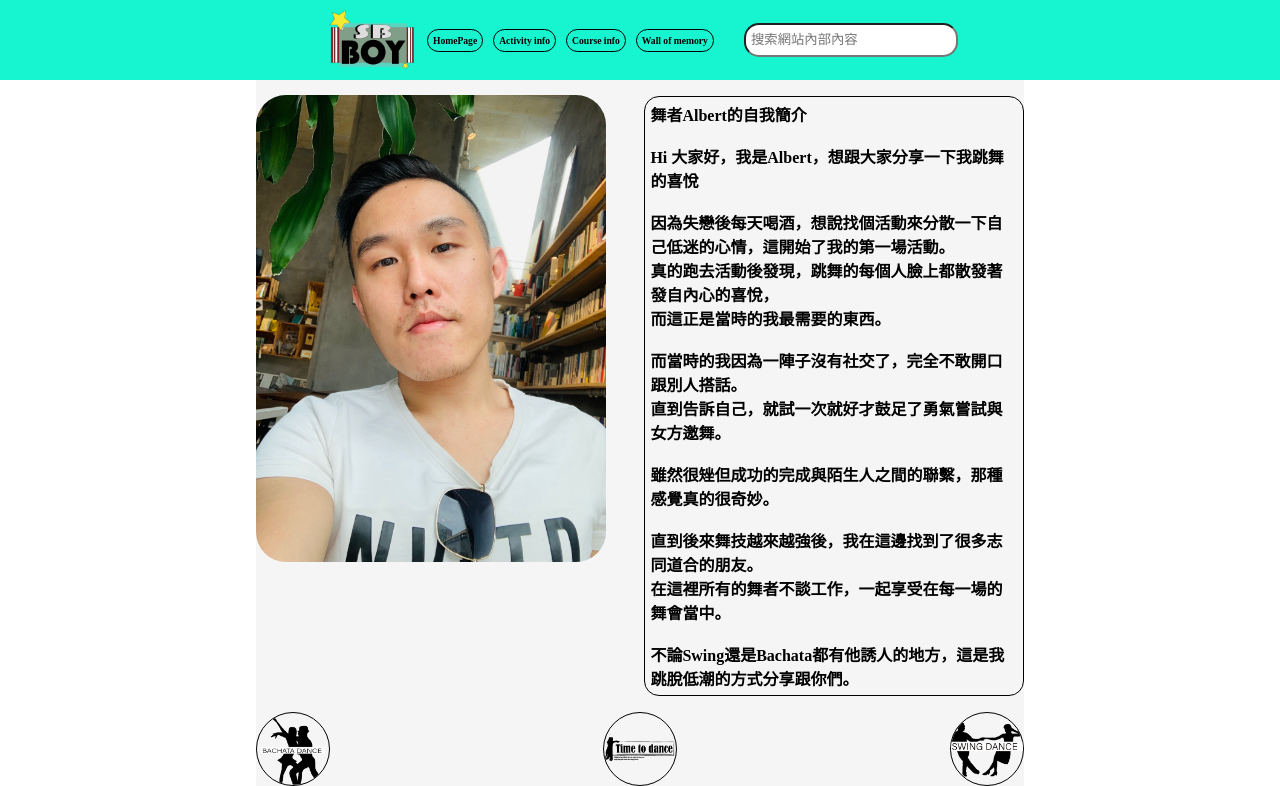
Repository: AlbertKoii/0718_Learning_Javascript
Page: aboutme/aboutme_try.html
An editor plug-in stored every save of this project. The page is shown before and after a run of saves, followed by the edit.
The browser window is 1280 px wide. The pictures show the whole page.

Above is the page before, as saved 2023-07-26 13:41:44.
Not found: aboutme/script.js

### aboutme/aboutme_try.html
<!DOCTYPE html>
<html lang="en">
<head>
    <meta charset="UTF-8">
    <meta name="viewport" content="width=device-width, initial-scale=1.0">
    <link rel="stylesheet" href="aboutme.try.css">
    <title>About me</title>
</head>
<body>
    <!-- 第一層 -->
    <div class="search-bar">
        <img class="logo" src="../img/logo.png" alt="圖片">
        <div class="links">
            <a class="link" href="../index.html">HomePage</a>
            <a class="link" href="./Activity info/ActivityInfo.html">Activity info</a>
            <a class="link" href="./CourseInfo/Courseinfo.html">Course info</a>
            <a class="link" href="./WallOfMemory.html/WallOfMemory.html">Wall of memory</a>
        </div>
        <div class="search">
            <input type="text" placeholder="搜索網站內部內容">
        </div>
    </div>

    <!-- 第二層 -->
    <div class="content">
        <div class="left">
            <img src="../img/Myhead.jpg" alt="個人照片">
        </div>
        <div class="right">
            <p style="font-size: 16px"><b>舞者Albert的自我簡介</b><b>
            <br><br>
            Hi 大家好，我是Albert，想跟大家分享一下我跳舞的喜悅<br>
            <br>
            因為失戀後每天喝酒，想說找個活動來分散一下自己低迷的心情，這開始了我的第一場活動。<br>
            真的跑去活動後發現，跳舞的每個人臉上都散發著發自內心的喜悅，<br>
            而這正是當時的我最需要的東西。<br>
            <br>
            而當時的我因為一陣子沒有社交了，完全不敢開口跟別人搭話。<br>
            直到告訴自己，就試一次就好才鼓足了勇氣嘗試與女方邀舞。<br>
            <br>
            雖然很矬但成功的完成與陌生人之間的聯繫，那種感覺真的很奇妙。<br>
            <br>
            直到後來舞技越來越強後，我在這邊找到了很多志同道合的朋友。<br>
            在這裡所有的舞者不談工作，一起享受在每一場的舞會當中。<br>
            <br>
            不論Swing還是Bachata都有他誘人的地方，這是我跳脫低潮的方式分享跟你們。</b>
            </p>
        </div>
    </div>

    <!-- 第三層 -->
    <div class="Icon">
        <img src="../img/BachataDanceIcon.png" alt="圖片1">
        <img src="../img/DanceIcon_01.png" alt="圖片2">
        <img src="../img/SwingDanceIcon.png" alt="圖片3">
    </div>

    <script src="script.js" defer></script>
</body>
</html>

### aboutme/aboutme.try.css
*{
    position: relative;
    font-family: 微軟正黑體;
}

html, body{
    padding: 0px;
    margin: 0px;

}
/* 第一層樣式 */
.search-bar {
    display: flex;
    align-items: center;
    justify-content:center;
    padding: 10px;
    text-overflow: ellipsis;
    background-color: #16F4D0;
}

.search-bar input {
    width: 200px;
    height: 3vh;
    padding: 5px;
    position: relative;
}
.logo{
    width: 100px;
}
.links {
    font-size: .6em;
    display: flex;
    white-space: nowrap;
}

.link {
    margin: 0 5px;
    padding: 5px;
    cursor: pointer;
    border-radius: 15px;
    border: solid .4px black;
    text-decoration: none;
    color: black;
    font-weight:700
}

.search{
    margin-left: 2%;
}

.search input{
    border-radius: 15px;
    height: 20px;
}
/* 第二層樣式 */
.content {
    display: flex;
    background-color: #f5f5f5;
    text-overflow: ellipsis;
    margin-left:20%;
    margin-right: 20%;
}
.left{
    width: 350px;
    height: auto;
}

.left img {
    width: 350px;
    margin-top: 15px;
    height: auto;
    border-radius: 30px;
}
.right {
    width:fit-content;
    margin-left: 5%;

    }
.right p{
    display: flexbox;
    border: 1px solid black;
    border-radius: 15px;
    padding: 5px;
}


/* 第三層樣式 */
.Icon {
    display: flex;
    margin-left:20%;
    margin-right: 20%;
    justify-content: space-between;
    background-color: #f5f5f5;
}
.Icon img{
    height: 10vh;
    width: auto;
    padding: auto;
    border: 1px solid black;
    border-radius: 100%;
}

After the next 2 saves:
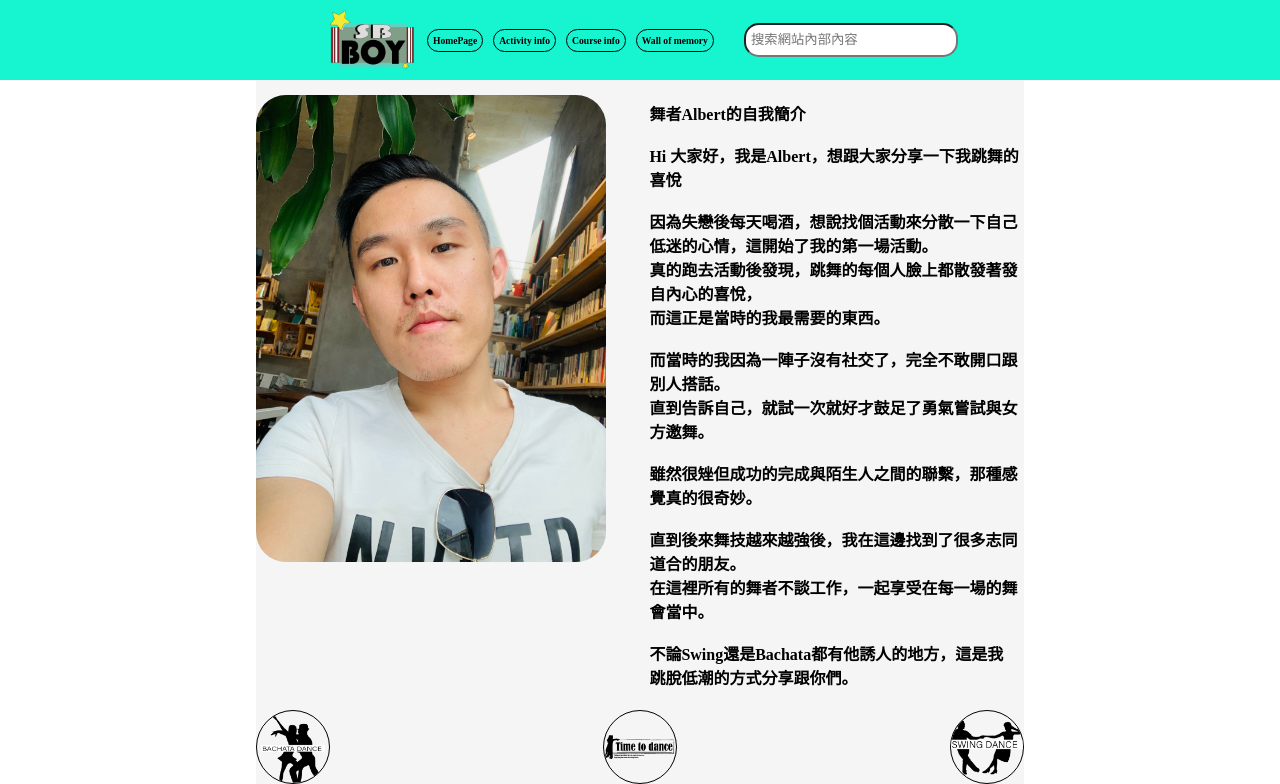
The 2 saves are shown as one change because they came seconds apart.
The last was saved 9 s later.
--- a/aboutme/aboutme.try.css
+++ b/aboutme/aboutme.try.css
@@ -77,7 +77,7 @@
 
     }
 .right p{
-    display: flexbox;
+    display:
     border: 1px solid black;
     border-radius: 15px;
     padding: 5px;

After the 2 saves that followed:
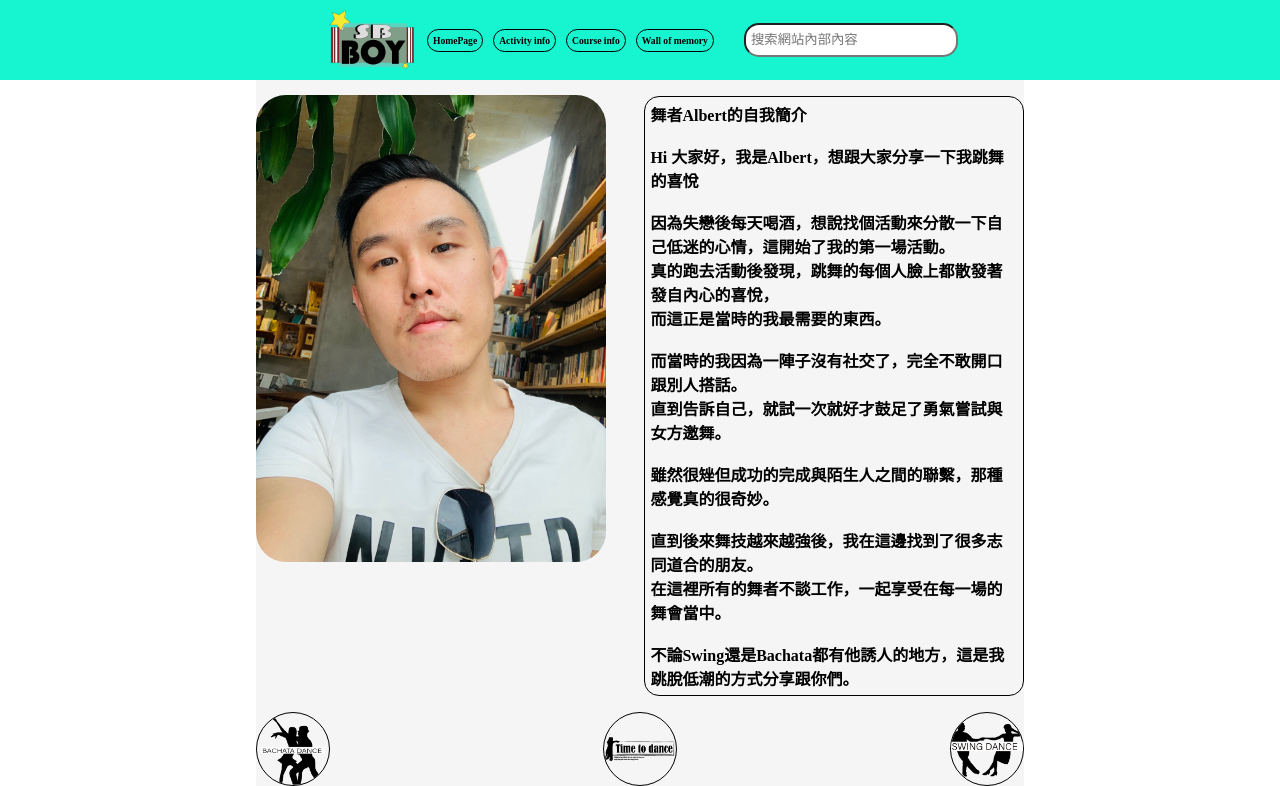
The 2 saves are shown as one change because 1 left the picture as it was.
The last was saved 8 s later.
--- a/aboutme/aboutme.try.css
+++ b/aboutme/aboutme.try.css
@@ -77,7 +77,7 @@
 
     }
 .right p{
-    display:
+    display:inline-flexbox;
     border: 1px solid black;
     border-radius: 15px;
     padding: 5px;
